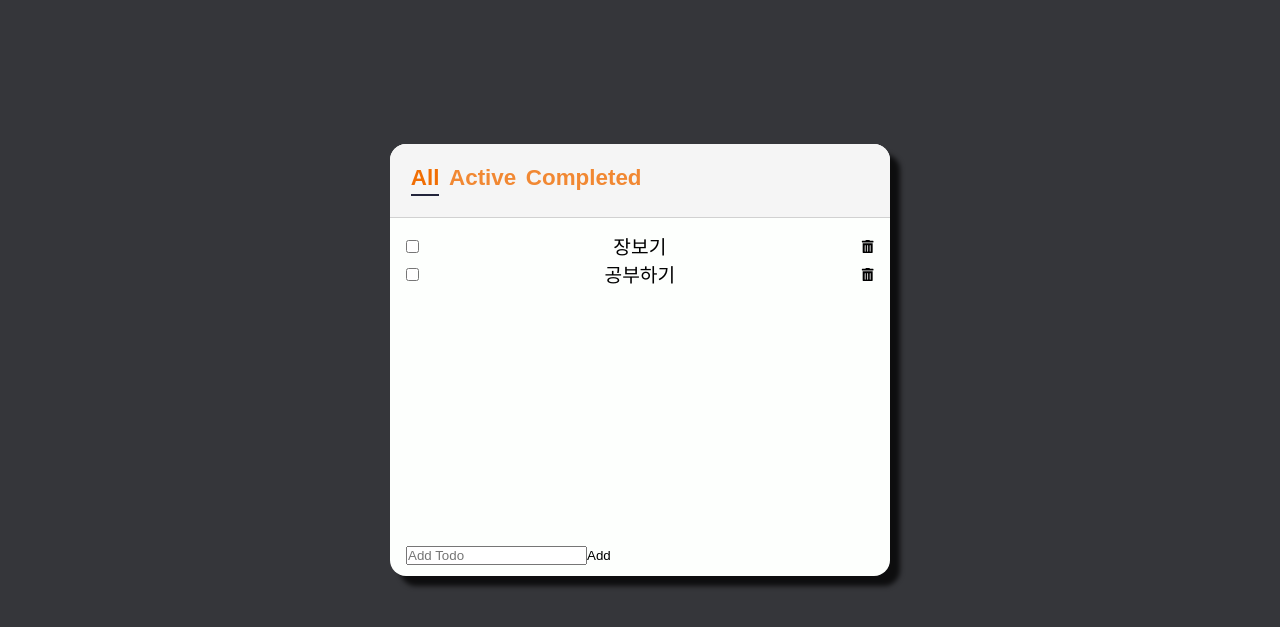
Repository: MrJinkyu/TodoList
Page: /
The author's editor kept a copy of each file at every save. The page is drawn from the files as they stood at one save, then again after the next save.
The browser window is 1280 px wide. The pictures show the whole page.
The project was rebuilt for these pictures with package versions that can differ from the ones it lists, and the page was loaded fresh each time.

Above is the page before, as saved 2023-05-01 14:48:22.

### src/index.css
:root{
  --color-body: #35363A;
  --color-bg-dark:#f5f5f5;
  --color-bg: #fdfffd;
  --color-grey: #d1d1d1;
  --color-text: #22243b;
  --color-accent: #f16e03;
  --color-white: white;
  --color-scrollbar: #aaa7a7;
}

*{
  box-sizing: border-box;
  padding: 0;
  margin: 0;
}

button{
  border: none;
  outline: none;
  cursor: pointer;
  background-color: transparent;
}

ul,li{
  list-style: none;
}

body {
  margin: 0;
  font-family: -apple-system, BlinkMacSystemFont, 'Segoe UI', 'Roboto', 'Oxygen',
    'Ubuntu', 'Cantarell', 'Fira Sans', 'Droid Sans', 'Helvetica Neue',
    sans-serif;
  -webkit-font-smoothing: antialiased;
  -moz-osx-font-smoothing: grayscale;
  width: 100vw;
  height: 100vh;
  display: flex;
  justify-content: center;
  align-items: center;
  background-color: var(--color-body);
  font-size: 1.2rem;
  accent-color: var(--color-accent);
}

#root{
  overflow: hidden;
  display: flex;
  flex-direction: column;
  width: 100%;
  height: 60%;
  max-width: 500px;
  background-color: var(--color-bg);
  border-radius: 1rem;
  box-shadow: 10px 10px 5px 0px rgba(0,0,0,0.75);
-webkit-box-shadow: 10px 10px 5px 0px rgba(0,0,0,0.75);
-moz-box-shadow: 10px 10px 5px 0px rgba(0,0,0,0.75);
}

code {
  font-family: source-code-pro, Menlo, Monaco, Consolas, 'Courier New',
    monospace;
}

### src/App.js
import { useState } from "react";
import TodoList from "./components/TodoList";
import Header from "./components/Header";

const filters = ['all', 'active', 'completed'];
function App() {
  const [filter, setFilter] = useState(filters[0]);
  return (
    <>
      <Header filters={filters} filter={filter} onFilterChange={setFilter}/>
      <TodoList filter={filter}/>
    </>
  );
}

export default App;

### src/components/TodoList.jsx
import React, { useState } from 'react';
import {v4 as uuidv4} from 'uuid';
import AddTodo from './AddTodo';
import Todo from './Todo';
import styles from './TodoList.module.css';

export default function TodoList({filter}) {
    const [todos, setTodos] = useState([
        { id: uuidv4(), text: '장보기', status: 'active' },
        { id: uuidv4(), text: '공부하기', status: 'active' }
    ]);
    const handleAdd = (todo) => {
        setTodos([...todos, todo]);
    }
    const handleUpdate = (updated) => {
        setTodos(todos.map((todo) => todo.id === updated.id ? updated : todo));
    }
    const handleDelete = (deleted) => {
        setTodos(todos.filter((todo) => todo.id !== deleted.id));
    }
    const filtered = getFilteredItems(todos, filter);
    return (
        <section className={styles.container}>
            <ul className={styles.list}>
                {filtered.map((item) => (
                    <Todo
                        key={item.id}
                        todo={item}
                        onUpdate={handleUpdate}
                        onDelete={handleDelete}
                    />
                ))}
            </ul>
            <AddTodo onAdd={handleAdd}/>
        </section>
    );
}

function getFilteredItems(todos, filter){
    if(filter === 'all'){
        return todos;
    }
    return todos.filter((todo) => todo.status === filter);
}

### src/components/Header.jsx
import React from 'react';
import styles from './Header.module.css';

export default function Header({filters, filter, onFilterChange}) {
    return (
        <header className={styles.header}>
            <ul className={styles.filters}>
                {filters.map((value,index) => (
                    <li key={index}>
                        <button
                            onClick={() => onFilterChange(value)}
                            className={`${styles.filter} ${filter === value && styles.selected}`}
                        >
                            {value}
                        </button>
                    </li>
                ))}
            </ul>
        </header>
    );
}

### src/components/AddTodo.jsx
import React, { useState } from 'react';
import {v4 as uuidv4} from 'uuid';

export default function AddTodo({onAdd}) {
    const [text, setText] = useState('');
    const handleChange = (e) => {
        setText(e.target.value);
    }
    const handleSubmit = (e) => {
        e.preventDefault();
        if(text.trim().length === 0){
            return ;
        }
        onAdd({ id: uuidv4(), text, status: 'active' });
        setText('');
    }
    return (
        <form onSubmit={handleSubmit}>
            <input
                type="text"
                value={text}
                onChange={handleChange}
                placeholder='Add Todo'
            />
            <button>Add</button>
        </form>
    );
}

### src/components/Todo.jsx
import React from 'react';
import { FaTrashAlt } from 'react-icons/fa';
import styles from './Todo.module.css';

export default function Todo({todo, onUpdate, onDelete}) {
    const { id, text, status } = todo;
    const handleChange = (e) => {
        const status = e.target.checked ? 'completed' : 'active';
        onUpdate({...todo, status});
    }
    return (
        <li className={styles.todo}>
            <input
                className={styles.checkbox}
                type="checkbox"
                name="checkbox"
                id={id}
                checked={status === 'completed'}
                onChange={handleChange}
            />
            <label className={styles.text} htmlFor={id}>{text}</label>
            <span>
                <button className={styles.button} onClick={() => onDelete(todo)}>
                    <FaTrashAlt/>
                </button>
            </span>
        </li>
    );
}

### src/components/TodoList.module.css
.container{
    height: 100%;
    display: flex;
    flex-direction: column;
    padding: 0.7rem 1rem;
    margin-top: 0.2rem;
}

.list{
    flex: 1 1 auto;
}

### src/components/Header.module.css
.header{
    background-color: var(--color-bg-dark);
    display: flex;
    justify-content: space-between;
    align-items: center;
    padding: 1rem;
    border-bottom: 1px solid var(--color-grey);
}

.filters{
    display: flex;
}

.filter{
    margin: 0.3rem;
    font-size: 1.4rem;
    color: var(--color-accent);
    font-weight: bold;
    opacity: 0.8;
    text-transform: capitalize;
}

.filter:hover,
.filter.selected{
    opacity: 1;
}

.filter.selected::after{
    content: '';
    display: block;
    margin-top: 0.2rem;
    border: 1px solid var(--color-text);
}

### src/components/Todo.module.css
.todo{
    display: flex;
    justify-content: space-between;
    align-items: center;
}

.checkbox{

}

.text{

}

.button{

}

Loaded but not shown: public/index.html (common file); src/index.js (common file); src/reportWebVitals.js (common file)

After the next save:
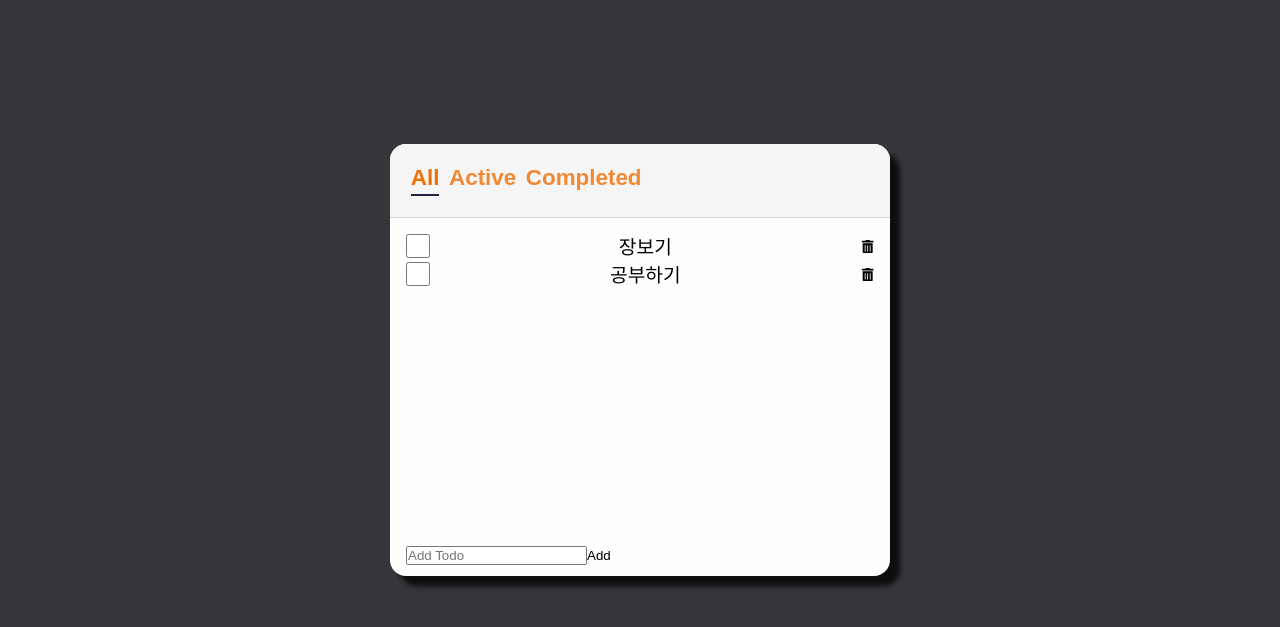
Saved 36 s later.
--- a/src/components/Todo.module.css
+++ b/src/components/Todo.module.css
@@ -5,7 +5,8 @@
 }
 
 .checkbox{
-
+    width: 1.5rem;
+    height: 1.5rem;
 }
 
 .text{
